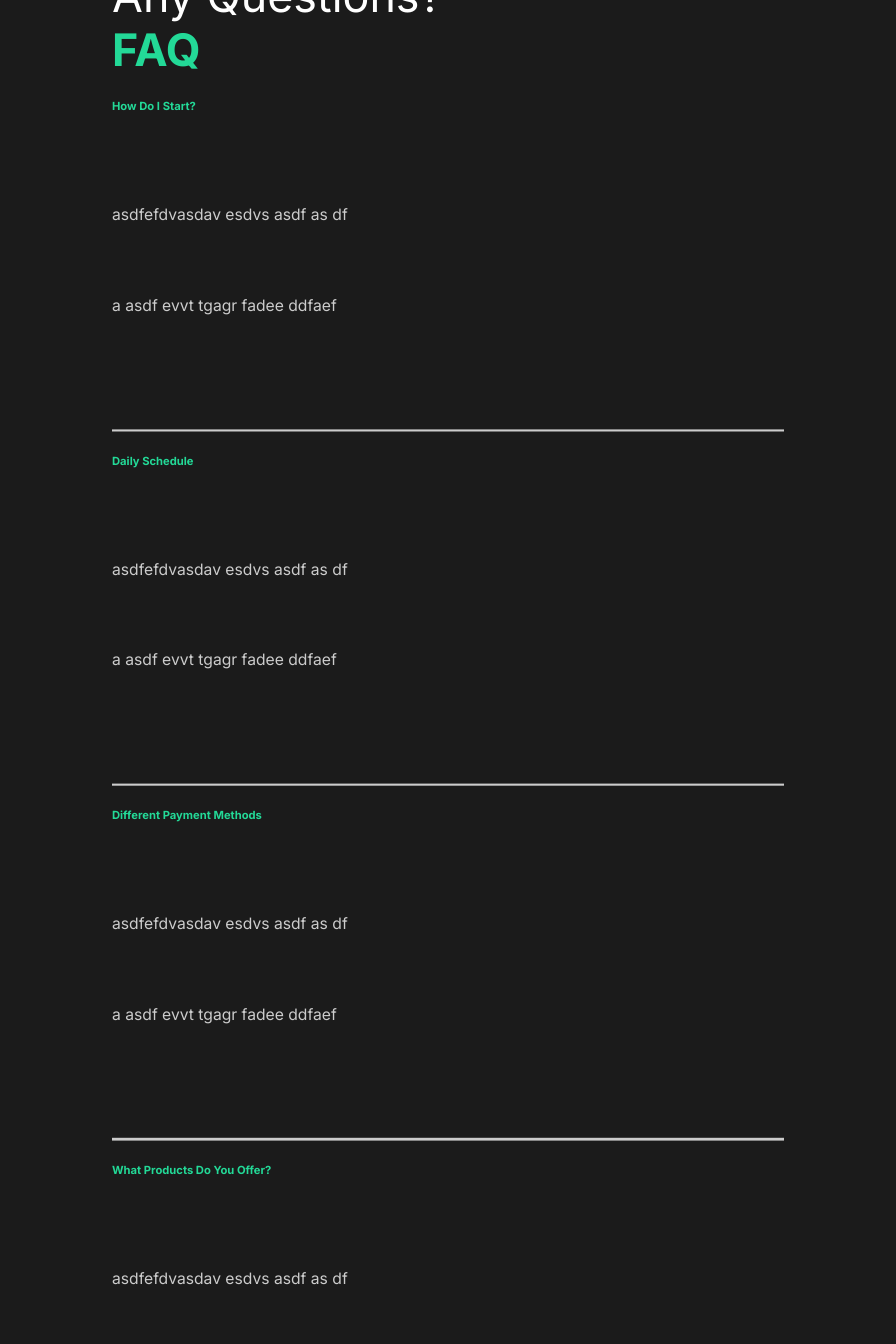
Repository: programmingwithlevi/capture
Page: /
An editor plug-in stored every save of this project. The page is shown before and after a run of saves, followed by the edit.
The browser window is 1280 px wide. The pictures show the part of the page from y = 1988 to 3908 px (the page is 4236 px tall before and 3852 px after), at 70% of full size.
The project was rebuilt for these pictures with package versions that can differ from the ones it lists, and the page was loaded fresh each time. Also part of the build but not shown: src/pages/ContactUs.js, src/pages/OurWork.js, src/movieState.js, src/pages/movieDetail.js.

Above is the page before, as saved 2021-12-11 12:23:35.

### public/index.html
<!DOCTYPE html>
<html lang="en">
  <head>
    <meta charset="utf-8" />
    <link rel="icon" href="%PUBLIC_URL%/favicon.ico" />
    <meta name="viewport" content="width=device-width, initial-scale=1" />
    <meta name="theme-color" content="#000000" />
    <meta
      name="description"
      content="Web site created using create-react-app"
    />
    <link rel="preconnect" href="https://fonts.googleapis.com">
<link rel="preconnect" href="https://fonts.gstatic.com" crossorigin>
<link href="https://fonts.googleapis.com/css2?family=Inter:wght@400;700&family=Lato:wght@400;700&display=swap" rel="stylesheet">
<link rel="preconnect" href="https://fonts.googleapis.com">
<link rel="preconnect" href="https://fonts.gstatic.com" crossorigin>
<link href="https://fonts.googleapis.com/css2?family=Inter:wght@400;700&family=Lato:wght@400;700&family=Lobster&display=swap" rel="stylesheet">
    <link rel="apple-touch-icon" href="%PUBLIC_URL%/logo192.png" />
    <!--
      manifest.json provides metadata used when your web app is installed on a
      user's mobile device or desktop. See https://developers.google.com/web/fundamentals/web-app-manifest/
    -->
    <link rel="manifest" href="%PUBLIC_URL%/manifest.json" />
    <!--
      Notice the use of %PUBLIC_URL% in the tags above.
      It will be replaced with the URL of the `public` folder during the build.
      Only files inside the `public` folder can be referenced from the HTML.

      Unlike "/favicon.ico" or "favicon.ico", "%PUBLIC_URL%/favicon.ico" will
      work correctly both with client-side routing and a non-root public URL.
      Learn how to configure a non-root public URL by running `npm run build`.
    -->
    <title>Capture</title>
  </head>
  <body>
    <noscript>You need to enable JavaScript to run this app.</noscript>
    <div id="root"></div>
    <!--
      This HTML file is a template.
      If you open it directly in the browser, you will see an empty page.

      You can add webfonts, meta tags, or analytics to this file.
      The build step will place the bundled scripts into the <body> tag.

      To begin the development, run `npm start` or `yarn start`.
      To create a production bundle, use `npm run build` or `yarn build`.
    -->
  </body>
</html>

### src/index.js
import React from 'react';
import ReactDOM from 'react-dom';

import App from './App';
import reportWebVitals from './reportWebVitals';
import {BrowserRouter} from 'react-router-dom';

ReactDOM.render(
  <React.StrictMode>
    <BrowserRouter>
    <App />
    </BrowserRouter>
  </React.StrictMode>,
  document.getElementById('root')
);

// If you want to start measuring performance in your app, pass a function
// to log results (for example: reportWebVitals(console.log))
// or send to an analytics endpoint. Learn more: https://bit.ly/CRA-vitals
reportWebVitals();

### src/App.js
import React from "react";
//import pages
import AboutUs from '../src/pages/AboutUs';
import GlobalStyle from "./components/GlobalStyle";
import ContactUs from "./pages/ContactUs";
import OurWork from "./pages/OurWork";
import Nav from "./components/Nav";
import MovieDetail from "./pages/MovieDetail";

//router
import {Route,Switch,useLocation} from "react-router-dom";
//animaitom
import {AnimatePresence} from "framer-motion";

function App() {
  const location = useLocation();
  return  (
    <div className="App">

        <GlobalStyle />

        <Nav />
        <AnimatePresence exitBeforeEnter>
        <Switch location={location} key={location.pathname}>
          <Route path="/"  exact>
            <AboutUs />
          </Route>
          <Route path="/work" exact>
            <OurWork />
          </Route>
          <Route path="/work/:id">
            <MovieDetail />
          </Route>
          <Route path="/contact">
            <ContactUs />
          </Route>


        </Switch>
        </AnimatePresence>
    </div>
  );
}

export default App;

### src/pages/AboutUs.js
import React from 'react';
//Page Components
import AboutSection from '../components/AboutSection';
import ServicesSection from '../components/ServicesSection';
import FaqSection from '../components/FaqSection';
//animaiton
import {motion} from "framer-motion";
import {pageAnimation} from '../animations';

const AboutUs = () => {
    return (
   <motion.div
        exit="exit"
        variants={pageAnimation}
        initial="hidden"
        animate="show"
    >
        <AboutSection />
        <ServicesSection />
        <FaqSection />
    </motion.div>
    );

}

export default AboutUs;

### src/components/GlobalStyle.js
import {createGlobalStyle} from 'styled-components';

const GlobalStyle = createGlobalStyle`
*{
   margin: 0;
   padding: 0;
   box-sizing: border-box
}
body{
    background: #1b1b1b;
    font-family: 'Inter', sans-serif;
}
button{
    font-weight: bold;
    font-size: 1.1.rem;
    padding: 1rem 2rem;
    border: 3px solid #23d997;
    background: transparent;
    color: white;
    transition: all 0.5s ease;
    font-family: 'Inter', sans-serif;
    &:hover{
        background-color:  #23d997;
        color: white;
    }

}
h2{
       font-weight: lighter;
       font-size: 4rem;
    }
    h3{
        color: white;
    }
    h4{
        font-weight: bold;
        color: #23d997;
    }
    a{
        font-size: 1.1.rem;
    }
    span{
        font-weight: bold;
        color: #23d997;
    }
    p{
        padding: 3rem 0rem;
        color: #ccc;
        font-size: 1.4rem;
        line-height: 150%;
    }
`;
export default GlobalStyle;

### src/components/Nav.js
import React from 'react';
import styled from 'styled-components';
import {Link} from 'react-router-dom';

const Nav = () => {
    return(
        <StyledNav>
            <h1><Link id="logo" to="/">Capture</Link></h1>
            <ul>
                <li>
                    <Link to="/">1. About Us</Link>
                </li>
                <li>
                    <Link to="/work">2. Our Work</Link>
                </li>
                <li>
                    <Link to="/contact">3. Contact Us</Link>
                </li>
            </ul>
        </StyledNav>
    )
}

const StyledNav = styled.nav`
    min-height: 10vh;
    display: flex;
    margin: auto;
    justify-content: space-between;
    align-items: center;
    padding: 1rem 10rem;
    background: #282828;
    a{
        color: white;
        text-decoration: none;
    }
    ul{
        display: flex;
        list-style: none;
    }
    #logo{
        font-size: 1.8rem;
        font-family: 'Lobster', cursive;
        font-weight: lighter;
    }
    li{
        padding-left: 10rem;
        position: relative;
    }
`;

export default Nav;

### src/components/AboutSection.js
import React from 'react';
import home1 from '../img/home1.png';
import {About,Description,Image,Hide } from '../styles';
//Framer Motion
import {motion} from "framer-motion";
import {titleAnim,fade,photoAnim} from '../animations';
import Wave from './Wave';

const AboutSection = () => {

    return (
        <About>
            <Description>
                <motion.div variants={titleAnim}>
                    <div className="hide">
                        <motion.h2>We work to make</motion.h2>
                    </div>
                    <Hide>
                        <motion.h2>your <span>dreams</span> </motion.h2>
                    </Hide>
                    <Hide>
                        <motion.h2 variants={titleAnim}>come true.</motion.h2>
                    </Hide>
                </motion.div>
                <motion.p variants={fade}>Contact us for any photography or videography ideas that you have. </motion.p>
                <motion.button>Contact Us</motion.button>
            </Description>
            <Image>
                <motion.img variants={photoAnim} src={home1} alt="camera guy"/>

            </Image>
            <Wave />
        </About>
    )
}
//styled components


export default AboutSection;

### src/components/ServicesSection.js
import React from 'react';
//Import Icons
import clock from '../img/clock.svg';
import diaphram from '../img/diaphram.svg';
import money from '../img/money.svg';
import teamwork from '../img/teamwork.svg';
import home2 from '../img/home2.png';
//styles
import {About,Description,Image} from "../styles";
import styled from "styled-components";

const ServicesSection = () => {
    return(
        <About>
            <div className="description">
                <h2>High <span>quality</span> services</h2>
                <Cards>
                    <Card>
                        <div className="icon">
                            <img alt="icon" src={clock} />
                            <h3>Efficient</h3>
                        </div>
                        <p>lorem5 </p>
                    </Card>
                    <Card>
                        <div className="icon">
                            <img alt="icon" src={teamwork} />
                            <h3>Teamwork</h3>
                        </div>
                        <p>lorem5 </p>
                    </Card>
                    <Card>
                        <div className="icon">
                            <img alt="icon" src={diaphram} />
                            <h3>Diaphram</h3>
                        </div>
                        <p>lorem5 </p>
                    </Card>
                    <Card>
                        <div className="icon">
                            <img alt="icon" src={money} />
                            <h3>Affordable</h3>
                        </div>
                        <p>lorem5 </p>
                    </Card>
                </Cards>
            </div>
        <div className="image">
            <img alt="camera" src={home2} />

        </div>
        </About>
    )
}

const Services = styled(About)`
h2{
    padding-bottom: 5rem;
}
p{
    width: 70%;
    padding: 2rem 0rem 4rem 0rem;
}
`;
const Cards = styled.div`
display: flex;
flex-wrap: wrap;
`;
const Card = styled.div`
    flex-basis: 15rem;
    .icon {
        display: flex;
        align-items: center;
        h3 {
            margin-left: 1rem;
            background: white;
            color: black;
            padding: 1rem;
        }
    }
`;

export default ServicesSection;

### src/components/FaqSection.js
import React from 'react';
import styled from 'styled-components';
import {About} from '../styles';
import Toggle from './Toggle';

const FaqSection = () => {
    return(
        <Faq>
            <h2>Any Questions? <span>FAQ</span></h2>
            <Toggle title="How Do I Start?">
            <div className="question">
                <div className="answer">
                   <p>asdfefdvasdav esdvs asdf as df</p>
                    <p>a asdf evvt tgagr fadee ddfaef</p>
                </div>
            </div>
            </Toggle>
            <Toggle title="Daily Schedule">
            <div className="question">
                <div className="answer">
                   <p>asdfefdvasdav esdvs asdf as df</p>
                    <p>a asdf evvt tgagr fadee ddfaef</p>
                </div>
            </div>
            </Toggle>
            <Toggle title="Different Payment Methods">
            <div className="question">
                <div className="answer">
                   <p>asdfefdvasdav esdvs asdf as df</p>
                    <p>a asdf evvt tgagr fadee ddfaef</p>
                </div>
            </div>
            </Toggle>
            <Toggle title="What Products Do You Offer?">
            <div className="question">
                <div className="answer">
                   <p>asdfefdvasdav esdvs asdf as df</p>
                    <p>a asdf evvt tgagr fadee ddfaef</p>
                </div>
            </div>
            </Toggle>
        </Faq>
    )
}

const Faq = styled(About)`
    display: block;
    span{
        display: block;
    }
    h2{
        padding-bottom: 2rem;
        font-weight: lighter;
    }
    .faq-line{
        background: #cccccc;
        height: 0.2rem;
        margin: 2rem 0rem;
        width: 100%;
    }
    .question{
        padding: 3rem 0rem;
        cursor: pointer;
    }
    .answer{
        padding: 2rem 0rem;
        p{
            padding: 1rem 0 rem;
        }
    }
`;

export default FaqSection;

### src/animations.js
import { withTheme } from "styled-components";

export const pageAnimation ={
    hidden: {
        opacity: 0,
        y: 300,

    },
    show: {
        opacity: 1,
        y: 0,
        transition: {
            duration: 0.5,
            when: "beforeChildren",
            staggerChildren: 0.25,
        },
    },
    exit: {
        opacity: 0,
        //y: 300,
        transition: {
            duration: 0.5,
        },
    }
}
export const titleAnim = {
    hidden: {y: 200},
    show: {
        y:0,
        transition: {duration: 0.75, ease: "easeOut"},
    }
}
export const fade = {
    hidden: {opacity: 0},
    show: {
        opacity: 1,
        transition: {ease: "easeOut", duration: 0.75},
    }
}
export const photoAnim = {
    hidden: {scale: 1.5, opacity: 0},
    show: {
        scale: 1,
        opacity: 1,
        transition: 'easeOut',
        duration: 0.75,
    }
}
export const lineAnim = {
    hidden: {width: '0%'},
    show: {
        width: '100%',
        transition: {duration: 0.75},
    }
}

export const slider = {
    hidden: {x: '-130%', skew: '45deg'},
    show: {
        x: '100%',
        skew: '0deg',
        transition: {ease: "easeOut", duration: 1 },
    }
}

export const sliderContainer = {
    hidden: {opacity: 1},
    show: {opacity: 1, transition: { staggerChildren: 0.1, ease: 'easeOut'}},
}

### src/styles.js
import styled from "styled-components";

export const About = styled.div`
    min-height: 90vh;
    display: flex;
    align-items: center;
    justify-content: space-between;
    padding: 5rem 10rem;
    color: white;
   //position: center;
    top: 10%;

`;
export const Description = styled.div`
    flex: 1;
    padding-right: 5rem;
    z-index: 2;
    h2{
        font-weight: lighter;
    }
`

export const Image = styled.div`
    flex: 1;
    z-index: 2;
    overflow: hidden;
    img{
        width: 100%;
        height: 80vh;
        object-fit: cover;
    }

`
export const Hide = styled.div`
    overflow: hidden;
    `

### src/components/Wave.js
import React from "react";
import styled from "styled-components";
import {motion} from "framer-motion";

const Wave = () => {
    return(
    <WaveSvg viewBox="0 0 1440 363" fill="none" xmlns="http://www.w3.org/2000/svg">
<motion.path initial={{ pathLength: 0, pathOffset: 1 }}
animate={{ pathLength: 1, pathOffset: 0 }}
transition={{ duration: 1 }}
d="M1440 27.4774C1352.73 19.8184 1122.41 49.0556 899.331 227.276C620.48 450.052 354.282 355.647 170.328 185.318C23.165 49.0556 -4.21721 8.32998 0.487081 5" stroke="#D96ED4" strokeOpacity="0.5" strokeWidth="15"/>
</WaveSvg>);


};

const WaveSvg = styled.svg`
    position: absolute;
    left: 0;
    z-index: 1;
`;
export default Wave;

### src/components/Toggle.js
import { motion } from 'framer-motion';
import React,{useState} from 'react';

const Toggle = ({children,title}) => {
    const [toggle,setToggle] = useState(true);
    return(
        <div onClick={() => setToggle(!toggle)}>
            <motion.h4>{title}</motion.h4>
            {toggle?children:""}
            <div className="faq-line"></div>
        </div>
    )
}
export default Toggle;

Loaded but not shown: src/reportWebVitals.js (common file)

After the next 2 saves:
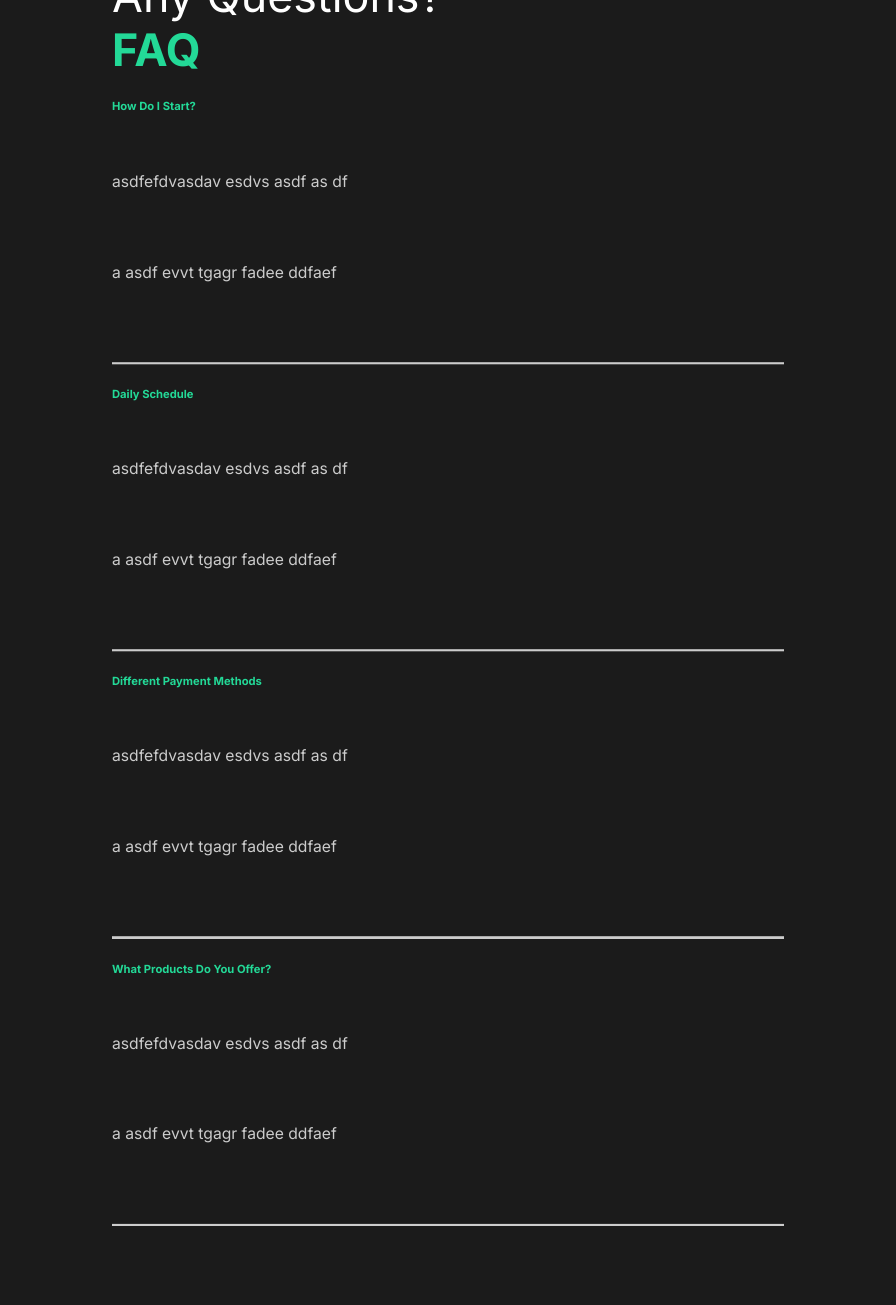
The 2 saves are shown as one change because 1 did not build or start.
The last was saved 3 min 57 s later.
--- a/src/components/FaqSection.js
+++ b/src/components/FaqSection.js
@@ -8,36 +8,36 @@ const FaqSection = () => {
         <Faq>
             <h2>Any Questions? <span>FAQ</span></h2>
             <Toggle title="How Do I Start?">
-            <div className="question">
+
                 <div className="answer">
                    <p>asdfefdvasdav esdvs asdf as df</p>
                     <p>a asdf evvt tgagr fadee ddfaef</p>
                 </div>
-            </div>
+
             </Toggle>
             <Toggle title="Daily Schedule">
-            <div className="question">
+
                 <div className="answer">
                    <p>asdfefdvasdav esdvs asdf as df</p>
                     <p>a asdf evvt tgagr fadee ddfaef</p>
                 </div>
-            </div>
+
             </Toggle>
             <Toggle title="Different Payment Methods">
-            <div className="question">
+
                 <div className="answer">
                    <p>asdfefdvasdav esdvs asdf as df</p>
                     <p>a asdf evvt tgagr fadee ddfaef</p>
                 </div>
-            </div>
+
             </Toggle>
             <Toggle title="What Products Do You Offer?">
-            <div className="question">
+
                 <div className="answer">
                    <p>asdfefdvasdav esdvs asdf as df</p>
                     <p>a asdf evvt tgagr fadee ddfaef</p>
                 </div>
-            </div>
+
             </Toggle>
         </Faq>
     )
